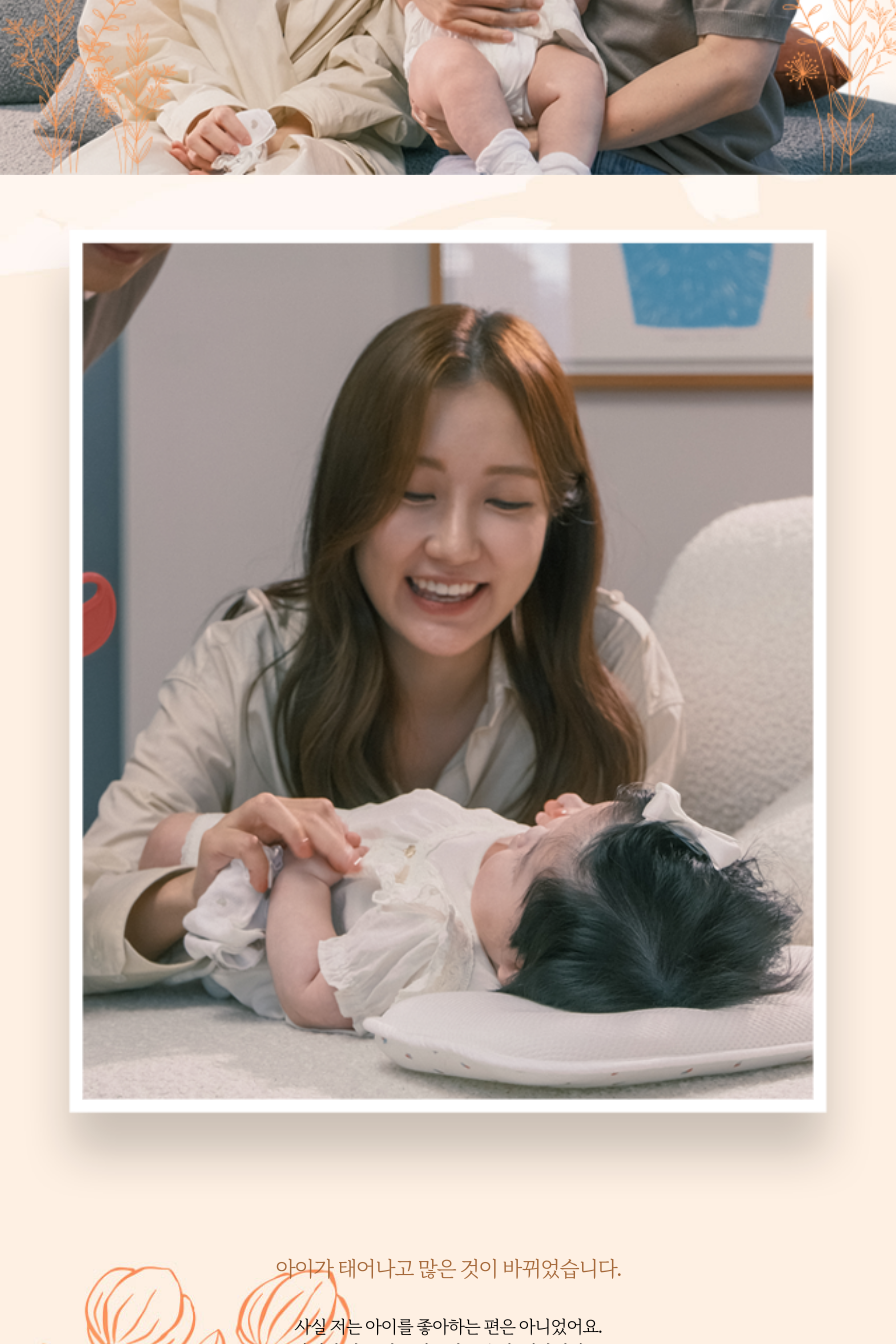
Repository: dlgywls1130/saveTheChildren_2024
Page: index.html
An editor plug-in stored every save of this project. The page is shown before and after the next save, followed by the edit.
The browser window is 1280 px wide. The pictures show the part of the page from y = 2707 to 4627 px (the page is 18660 px tall before and 18760 px after), at 70% of full size.
Some web fonts or font styles are not loaded; a fallback is used. The style sheet was rebuilt from its Sass, Less or Tailwind sources for each picture, by a compiler version that may differ from the author's.

Above is the page before, as saved 2024-11-03 23:52:59.

After the next save:
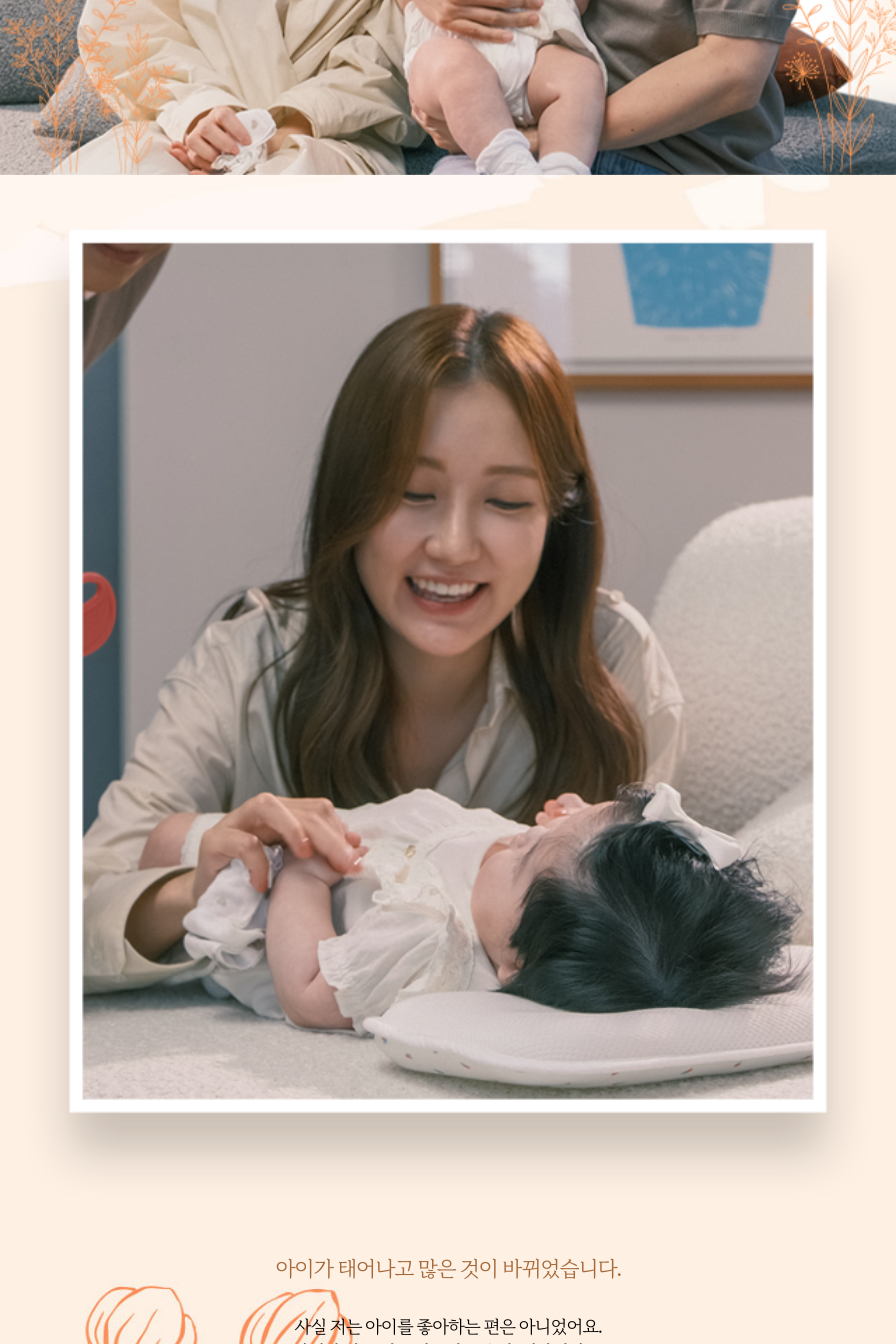
Saved 11 s later.
--- a/index.html
+++ b/index.html
@@ -152,7 +152,7 @@
 
                 </div>
 
-                <div class="story04_02">
+                <div class="story04_02 mb-100">
 
                     <div class="story_image">
                         <img src="/images/s4_2.png" alt="stroy">
